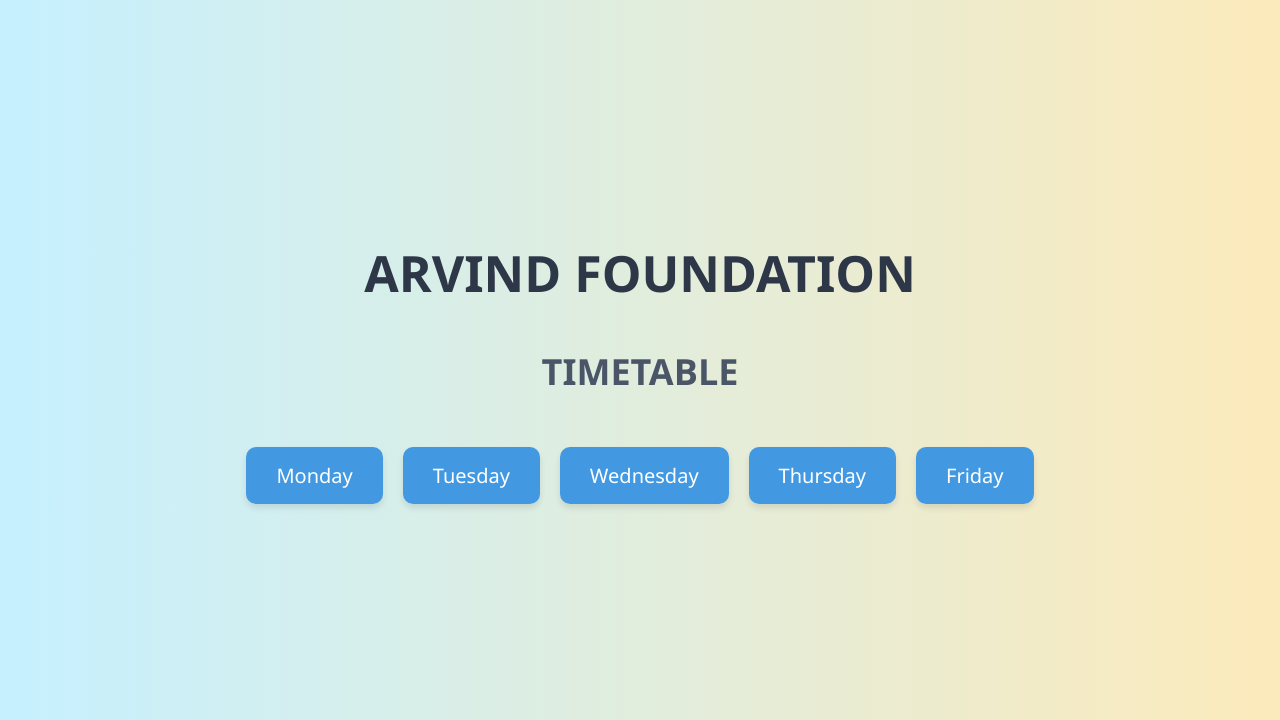
Repository: atchayasasikumar10/timetable-website
Page: http://localhost/
The author's editor kept a copy of each file at every save. The page is drawn from the files as they stood at one save, then again after the next save.
The browser window is 1280 px wide. The pictures show the whole page.
The page is served by the project's application, run on Flask 3 (main.py).

Above is the page before, as saved 2025-06-25 20:06:47.

After the next save:
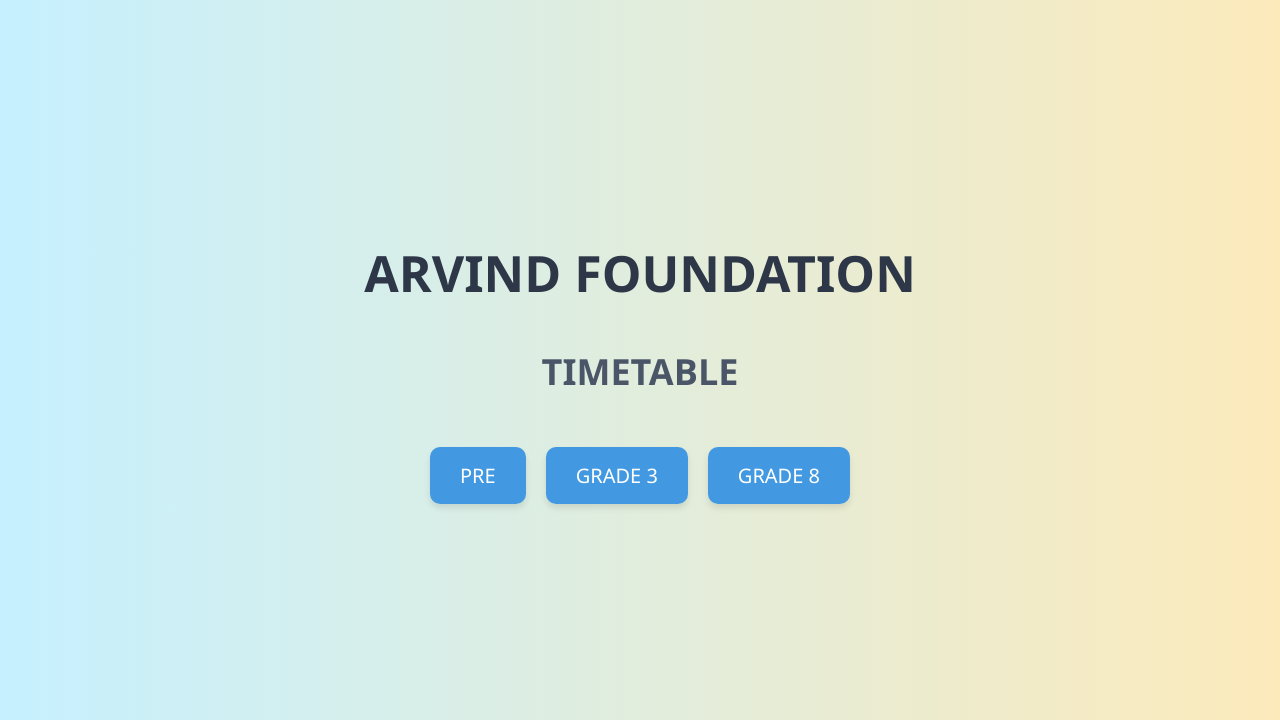
Saved 46 h 19 min later.
--- a/templates/index.html
+++ b/templates/index.html
@@ -61,11 +61,9 @@
     <h2>TIMETABLE</h2>
 
     <ul>
-        <li><a href="/monday">Monday</a></li>
-        <li><a href="/tuesday">Tuesday</a></li>
-        <li><a href="/wednesday">Wednesday</a></li>
-        <li><a href="/thursday">Thursday</a></li>
-        <li><a href="/friday">Friday</a></li>
+        <li><a href="/pre">PRE</a></li>
+        <li><a href="/grade3">GRADE 3</a></li>
+        <li><a href="/grade8">GRADE 8</a></li>
     </ul>
 
 </body>
